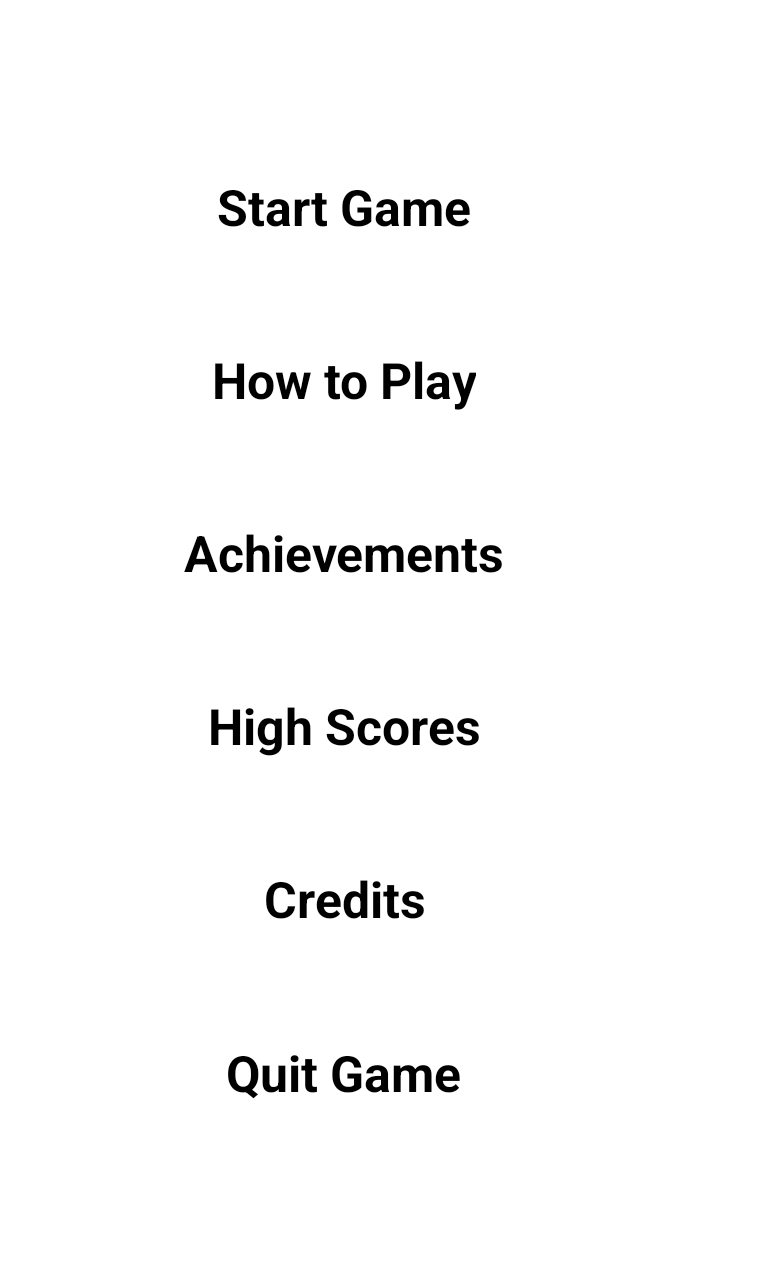
Repository: Zilter/IMT3671-Mobile-Project
Layout: GemSwapper/res/layout/activity_main.xml
These files come from the project's save history. The layout is drawn as it stood at one moment and after the next save; the edit follows.
It is drawn on a 768 x 1280 px phone screen (xhdpi) without system bars, with theme AppTheme; the app's code is not run.

Above is the layout before, as saved 2012-12-04 10:43:12.

After the next save:
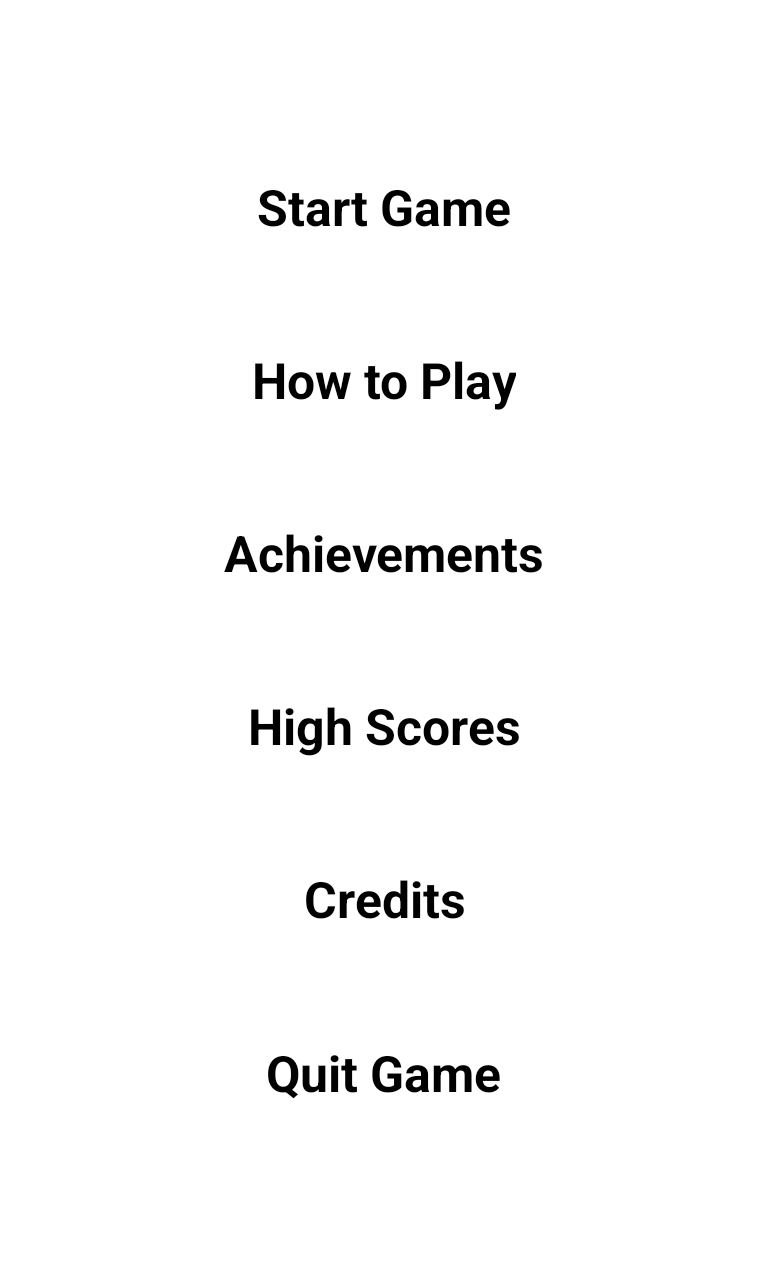
Saved 33 min 4 s later.
--- a/GemSwapper/res/layout/activity_main.xml
+++ b/GemSwapper/res/layout/activity_main.xml
@@ -17,7 +17,6 @@
     <LinearLayout
         android:layout_width="fill_parent"
         android:layout_height="fill_parent"
-        android:layout_marginRight="40dp"
         android:layout_marginTop="60dp"
         android:layout_marginBottom="60dp"
         android:orientation="vertical" >
